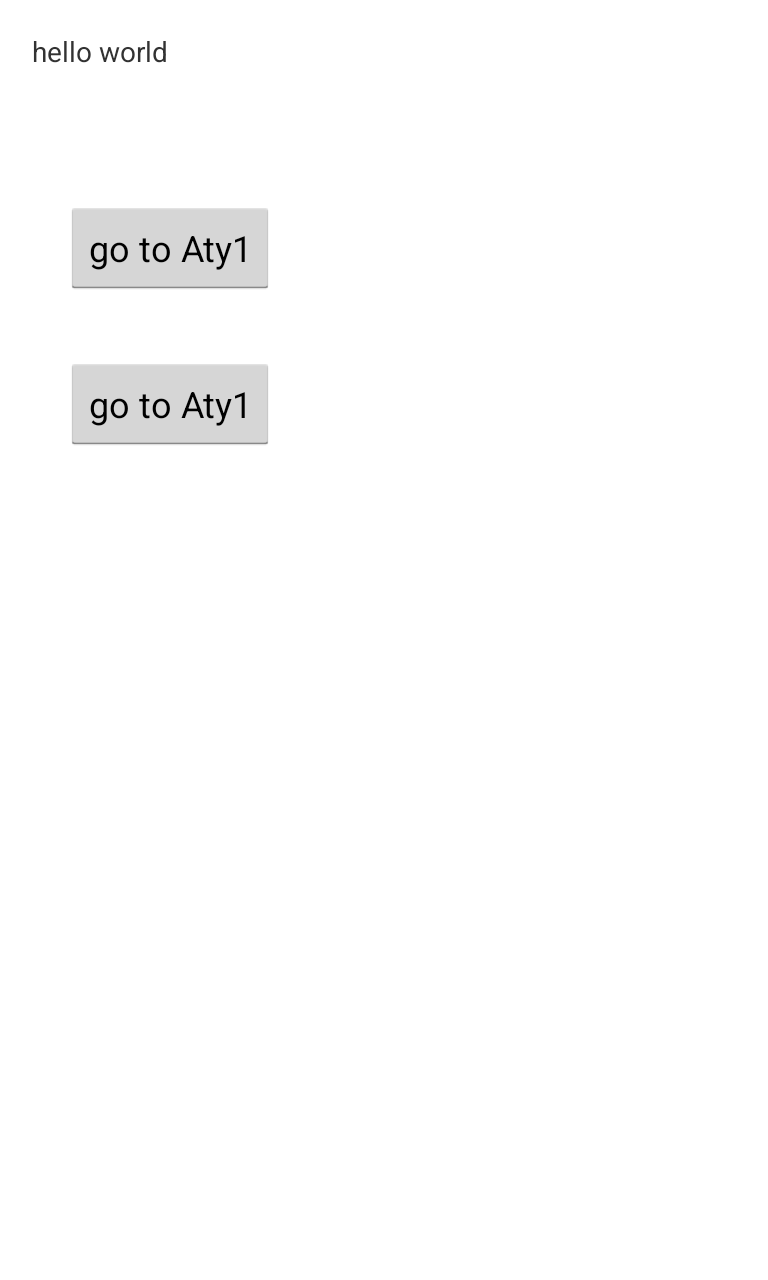
Repository: avenosu/android-coding-practice
Layout: Z001Activity/res/layout/activity_main.xml
The author's editor kept a copy of each file at every save. The layout is drawn from the files as they stood at one save, then again after the next save.
It is drawn on a 768 x 1280 px phone screen (xhdpi) without system bars, with theme AppTheme; the app's code is not run.

Above is the layout before, as saved 2015-03-24 11:54:15.

### Z001Activity/res/layout/activity_main.xml
<RelativeLayout xmlns:android="http://schemas.android.com/apk/res/android"
    xmlns:tools="http://schemas.android.com/tools"
    android:layout_width="match_parent"
    android:layout_height="match_parent"
    android:paddingBottom="@dimen/activity_vertical_margin"
    android:paddingLeft="@dimen/activity_horizontal_margin"
    android:paddingRight="@dimen/activity_horizontal_margin"
    android:paddingTop="@dimen/activity_vertical_margin"
    tools:context="com.zzz.Z001Activity.MainActivity" >


    <TextView
        android:id="@+id/mainactivity_textView1"
        android:layout_width="wrap_content"
        android:layout_height="wrap_content"
        android:text="hello world" />


    <Button
        android:id="@+id/mainactivity_button1_gotoaty1"
        android:layout_width="wrap_content"
        android:layout_height="wrap_content"
        android:layout_alignParentLeft="true"
        android:layout_alignParentTop="true"
        android:layout_marginLeft="16dp"
        android:layout_marginTop="84dp"
        android:text="go to Aty1" />

    <Button
        android:id="@+id/mainactivity_button2_gotoaty1"
        android:layout_width="wrap_content"
        android:layout_height="wrap_content"
        android:layout_alignLeft="@+id/mainactivity_button1_gotoaty1"
        android:layout_alignRight="@+id/mainactivity_button1_gotoaty1"
        android:layout_below="@+id/mainactivity_button1_gotoaty1"
        android:layout_marginTop="30dp"
        android:text="go to Aty1" />

</RelativeLayout>

Loaded but not shown: Z001Activity/res/values/styles.xml (common file); Z001Activity/res/values-v11/styles.xml (common file); Z001Activity/res/values-v14/styles.xml (common file); Z001Activity/res/values/dimens.xml (common file); Z001Activity/res/values-w820dp/dimens.xml (common file)

After the next save:
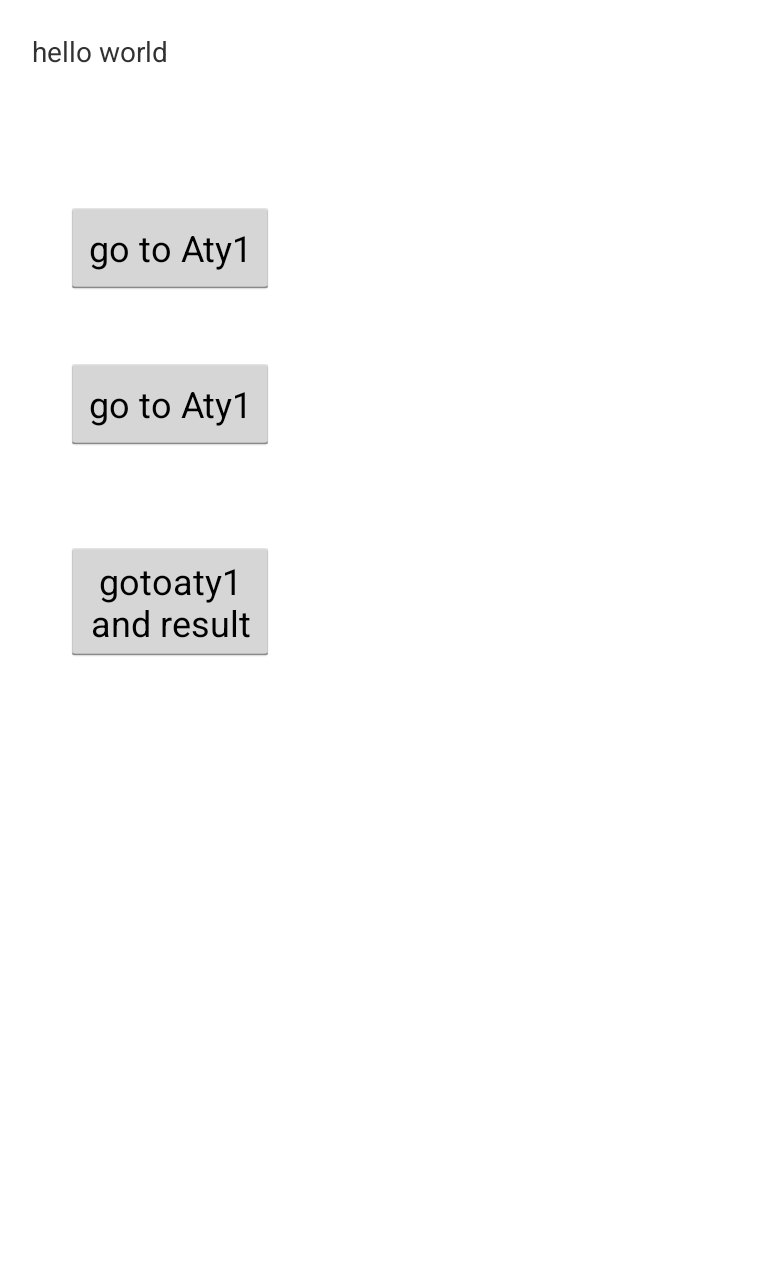
Saved 6 min 33 s later.
--- a/Z001Activity/res/layout/activity_main.xml
+++ b/Z001Activity/res/layout/activity_main.xml
@@ -36,4 +36,14 @@
         android:layout_marginTop="30dp"
         android:text="go to Aty1" />
 
+    <Button
+        android:id="@+id/mainactivity_button3_gotoaty1andresult"
+        android:layout_width="wrap_content"
+        android:layout_height="wrap_content"
+        android:layout_alignLeft="@+id/mainactivity_button2_gotoaty1"
+        android:layout_alignRight="@+id/mainactivity_button2_gotoaty1"
+        android:layout_below="@+id/mainactivity_button2_gotoaty1"
+        android:layout_marginTop="44dp"
+        android:text="gotoaty1 and result" />
+
 </RelativeLayout>
